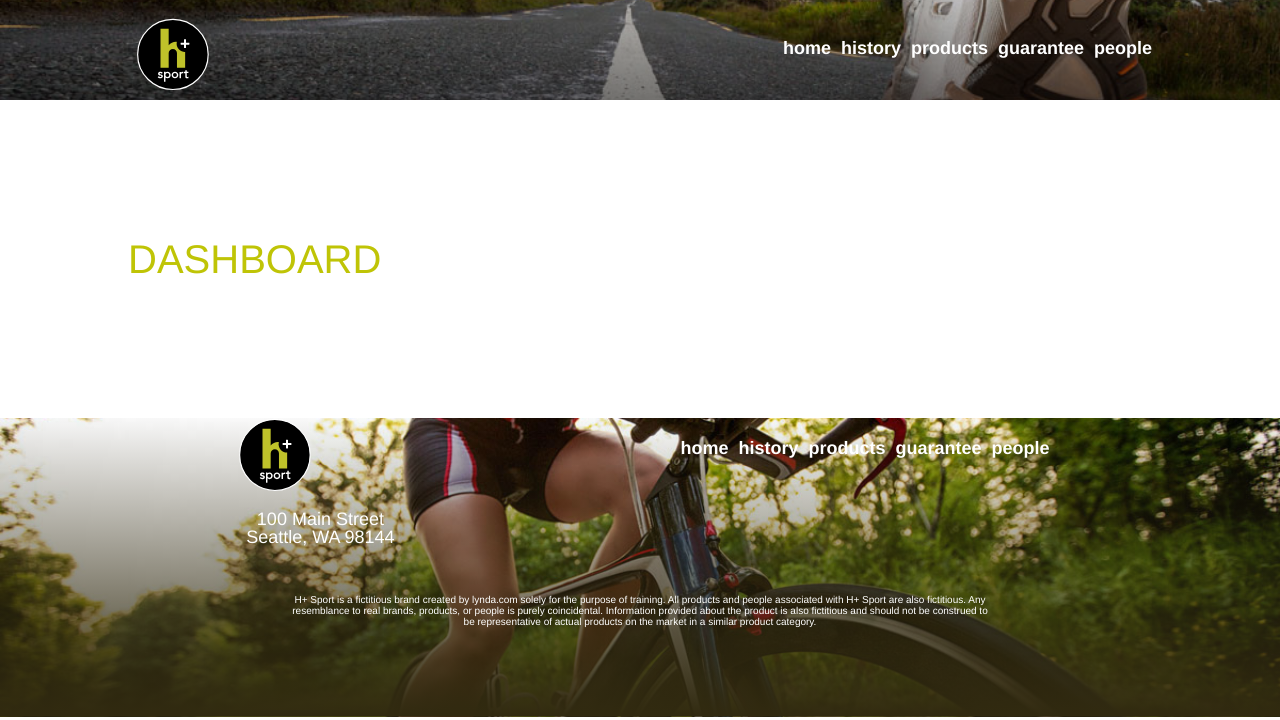
Repository: abrarzahin/H-Plus-Sports
Page: JSFapp/WebContent/edit.html
The author's editor kept a copy of each file at every save. The page is drawn from the files as they stood at one save, then again after the next save.
The browser window is 1280 px wide. The pictures show the whole page.
Some web fonts or font styles are not loaded; a fallback is used.

Above is the page before, as saved 2019-01-07 00:29:34.

After the next save:
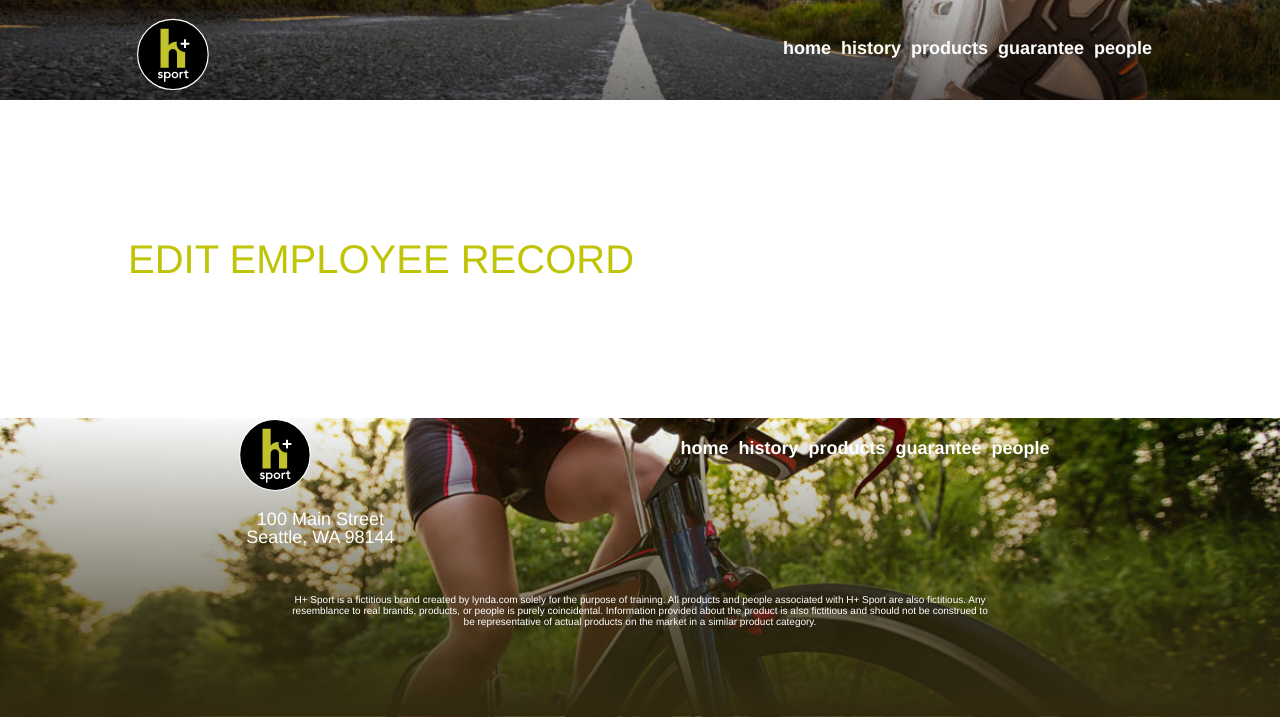
Saved 55 s later.
--- a/JSFapp/WebContent/edit.html
+++ b/JSFapp/WebContent/edit.html
@@ -32,7 +32,7 @@
 
  <section id="members" class= "section">
   <div class="container tagline">
-    <h1 class="headline">Dashboard</h1>
+    <h1 class="headline">Edit Employee Record</h1>
   </div><!-- container tagline -->
 </section>
 
